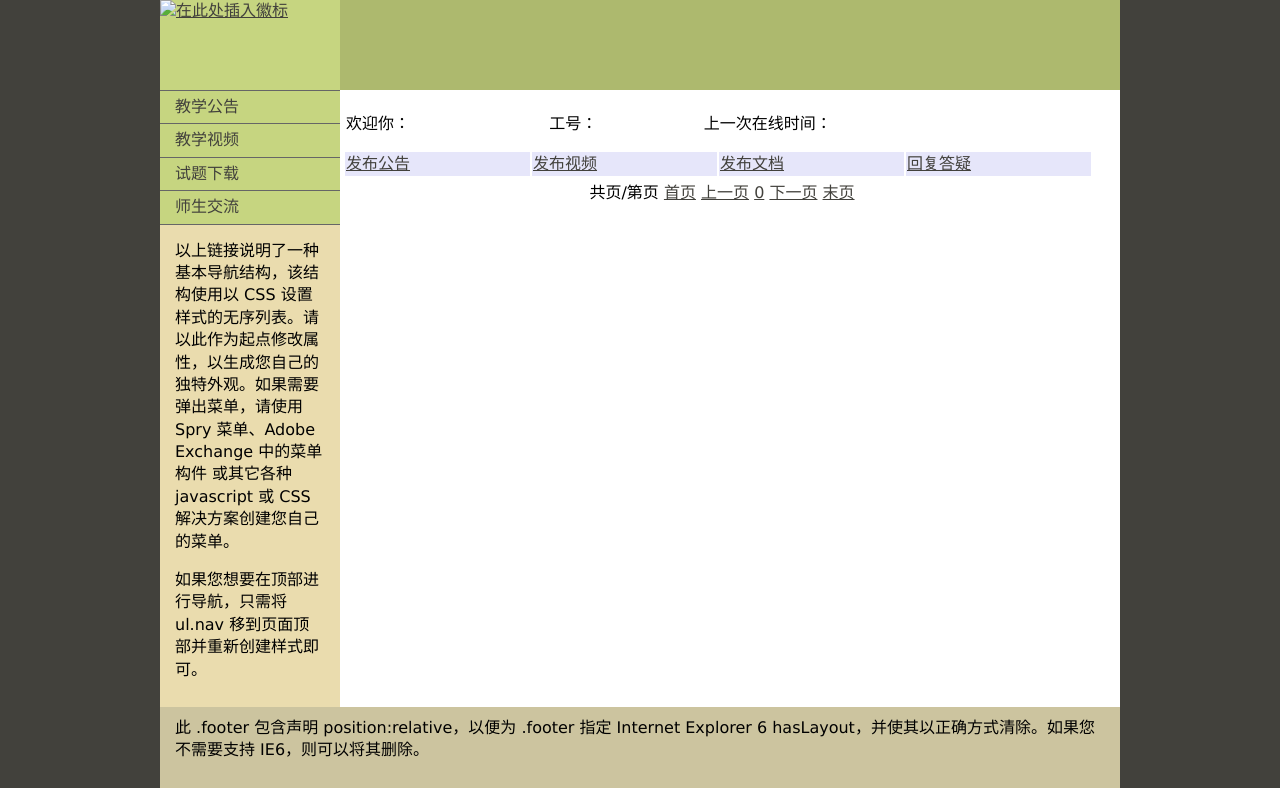
Repository: wxbuditou/Java-
Page: http://localhost/Project/Teacher/teacher_document.jsp
These files come from the project's save history. The page is drawn as it stood at one moment and after the next save; the edit follows.
The browser window is 1280 px wide. The pictures show the whole page.
The page is served by Tomcat 9. Other server files are loaded and not shown. The template is opened directly, without the code that normally fills it, so the values that code supplies are empty.

Above is the page before, as saved 2019-06-23 15:03:22.

### Project/WebContent/Teacher/teacher_document.jsp
<%@ page language="java" contentType="text/html; charset=UTF-8"
    pageEncoding="UTF-8"%>
<!DOCTYPE html PUBLIC "-//W3C//DTD HTML 4.01 Transitional//EN" "http://www.w3.org/TR/html4/loose.dtd">
<%@ taglib prefix="c" uri="http://java.sun.com/jsp/jstl/core"%>
<html>
<head>
<meta http-equiv="Content-Type" content="text/html; charset=UTF-8">
<title>Insert title here</title>
<script type="text/javascript" src="${pageContext.request.contextPath }/js/jquery-3.3.1.min.js"></script>
<script type="text/javascript" charset="utf-8" src="${pageContext.request.contextPath }/utf8-jsp/ueditor.config.js"></script>
    <script type="text/javascript" charset="utf-8" src="${pageContext.request.contextPath }/utf8-jsp/ueditor.all.min.js"> </script>
    <!--建议手动加在语言，避免在ie下有时因为加载语言失败导致编辑器加载失败-->
    <!--这里加载的语言文件会覆盖你在配置项目里添加的语言类型，比如你在配置项目里配置的是英文，这里加载的中文，那最后就是中文-->
    <script type="text/javascript" charset="utf-8" src="${pageContext.request.contextPath }/utf8-jsp/lang/zh-cn/zh-cn.js"></script>


<style type="text/css">


body {
	font: 100%/1.4 Verdana, Arial, Helvetica, sans-serif;
	background-color: #42413C;
	margin: 0;
	padding: 0;
	color: #000;
}

/* ~~ 元素/标签选择器 ~~ */
ul, ol, dl { /* 由于浏览器之间的差异，最佳做法是在列表中将填充和边距都设置为零。为了保持一致，您可以在此处指定需要的数值，也可以在列表所包含的列表项（LI、DT 和 DD）中指定需要的数值。请注意，除非编写一个更为具体的选择器，否则您在此处进行的设置将会层叠到 .nav 列表。 */
	padding: 0;
	margin: 0;
}
h1, h2, h3, h4, h5, h6, p {
	margin-top: 0;	 /* 删除上边距可以解决边距会超出其包含的 div 的问题。剩余的下边距可以使 div 与后面的任何元素保持一定距离。 */
	padding-right: 15px;
	padding-left: 15px; /* 向 div 内的元素侧边（而不是 div 自身）添加填充可避免使用任何方框模型数学。此外，也可将具有侧边填充的嵌套 div 用作替代方法。 */
}
a img { /* 此选择器将删除某些浏览器中显示在图像周围的默认蓝色边框（当该图像包含在链接中时） */
	border: none;
}

/* ~~ 站点链接的样式必须保持此顺序，包括用于创建悬停效果的选择器组在内。 ~~ */
a:link {
	color: #42413C;
	text-decoration: underline; /* 除非将链接设置成极为独特的外观样式，否则最好提供下划线，以便可从视觉上快速识别 */
}
a:visited {
	color: #6E6C64;
	text-decoration: underline;
}
a:hover, a:active, a:focus { /* 此组选择器将为键盘导航者提供与鼠标使用者相同的悬停体验。 */
	text-decoration: none;
}

/* ~~ 此固定宽度容器包含其它 div ~~ */
.container {
	width: 960px;
	background-color: #FFF;
	margin: 0 auto; /* 侧边的自动值与宽度结合使用，可以将布局居中对齐 */
}

/* ~~ 标题未指定宽度。它将扩展到布局的完整宽度。标题包含一个图像占位符，该占位符应替换为您自己的链接徽标 ~~ */
.header {
	background-color: #ADB96E;
}

/* ~~ 以下是此布局的列。 ~~

1) 填充只会放置于 div 的顶部和/或底部。此 div 中的元素侧边会有填充。这样，您可以避免使用任何"方框模型数学"。请注意，如果向 div 自身添加任何侧边填充或边框，这些侧边填充或边框将与您定义的宽度相加，得出 *总计* 宽度。您也可以选择删除 div 中的元素的填充，并在该元素中另外放置一个没有任何宽度但具有设计所需填充的 div。

2) 由于这些列均为浮动列，因此未对其指定边距。如果必须添加边距，请避免在浮动方向一侧放置边距（例如：div 中的右边距设置为向右浮动）。在很多情况下，都可以改用填充。对于必须打破此规则的 div，应向该 div 的规则中添加“display:inline”声明，以控制某些版本的 Internet Explorer 会使边距翻倍的错误。

3) 由于可以在一个文档中多次使用类（并且一个元素可以应用多个类），因此已向这些列分配类名，而不是 ID。例如，必要时可堆叠两个侧栏 div。您可以根据个人偏好将这些名称轻松地改为 ID，前提是仅对每个文档使用一次。

4) 如果您更喜欢在右侧（而不是左侧）进行导航，只需使这些列向相反方向浮动（全部向右，而非全部向左），它们将按相反顺序显示。您无需在 HTML 源文件中移动 div。

*/
.sidebar1 {
	float: left;
	width: 180px;
	background-color: #EADCAE;
	padding-bottom: 10px;
}
.content {

	padding: 10px 0;
	width: 780px;
	float: left;
}

/* ~~ 此分组的选择器为 .content 区域中的列表提供了空间 ~~ */
.content ul, .content ol {
	padding: 0 15px 15px 40px; /* 此填充反映上述标题和段落规则中的右填充。填充放置于下方可用于间隔列表中其它元素，置于左侧可用于创建缩进。您可以根据需要进行调整。 */
}

/* ~~ 导航列表样式（如果选择使用预先创建的 Spry 等弹出菜单，则可以删除此样式） ~~ */
ul.nav {
	list-style: none; /* 这将删除列表标记 */
	border-top: 1px solid #666; /* 这将为链接创建上边框 – 使用下边框将所有其它项放置在 LI 中 */
	margin-bottom: 15px; /* 这将在下面内容的导航之间创建间距 */
}
ul.nav li {
	border-bottom: 1px solid #666; /* 这将创建按钮间隔 */
}
ul.nav a, ul.nav a:visited { /* 对这些选择器进行分组可确保链接即使在访问之后也能保持其按钮外观 */
	padding: 5px 5px 5px 15px;
	display: block; /* 这将为链接赋予块属性，使其填满包含它的整个 LI。这样，整个区域都可以响应鼠标单击操作。 */
	width: 160px;  /*此宽度使整个按钮在 IE6 中可单击。如果您不需要支持 IE6，可以删除它。请用侧栏容器的宽度减去此链接的填充来计算正确的宽度。 */
	text-decoration: none;
	background-color: #C6D580;
}
ul.nav a:hover, ul.nav a:active, ul.nav a:focus { /* 这将更改鼠标和键盘导航的背景和文本颜色 */
	background-color: #ADB96E;
	color: #FFF;
}

/* ~~ 脚注 ~~ */
.footer {
	padding: 10px 0;
	background-color: #CCC49F;
	position: relative;/* 这可以使 IE6 hasLayout 以正确方式进行清除 */
	clear: both; /* 此清除属性强制 .container 了解列的结束位置以及包含列的位置 */
}

/* ~~ 其它浮动/清除类 ~~ */
.fltrt {  /* 此类可用于在页面中使元素向右浮动。浮动元素必须位于其在页面上的相邻元素之前。 */
	float: right;
	margin-left: 8px;
}
.fltlft { /* 此类可用于在页面中使元素向左浮动。浮动元素必须位于其在页面上的相邻元素之前。 */
	float: left;
	margin-right: 8px;
}
.clearfloat { /* 如果从 #container 中删除或移出了 #footer，则可以将此类放置在 <br /> 或空 div 中，作为 #container 内最后一个浮动 div 之后的最终元素 */
	clear:both;
	height:0;
	font-size: 1px;
	line-height: 0px;
}
-->
</style>
</head>
<body>

<div class="container">
  <div class="header"><a href="#"><img src="" alt="在此处插入徽标" name="Insert_logo" width="180" height="90" id="Insert_logo" style="background-color: #C6D580; display:block;" /></a>
    <!-- end .header --></div>
  <div class="sidebar1">
    <ul class="nav">
      <li><a href="TeacherServlet?method=scan_news&num=1">教学公告</a></li>
      <li><a href="TeacherServlet?method=scan_video&num=1">教学视频</a></li>
      <li><a href="TeacherServlet?method=scan_document&num=1">试题下载</a></li>
      <li><a href="#">师生交流</a></li>
    </ul>
    <p> 以上链接说明了一种基本导航结构，该结构使用以 CSS 设置样式的无序列表。请以此作为起点修改属性，以生成您自己的独特外观。如果需要弹出菜单，请使用 Spry 菜单、Adobe Exchange 中的菜单构件 或其它各种 javascript 或 CSS 解决方案创建您自己的菜单。</p>
    <p>如果您想要在顶部进行导航，只需将 ul.nav 移到页面顶部并重新创建样式即可。</p>
    <!-- end .sidebar1 --></div>
  <div class="content">
    <table width="764" border="0">
       <tr>
        <td width="758" height="42"><div class="userinfo">
          <table width="758" border="0">
            <tr>
              <td height="37">欢迎你：${sessionScope.teacher.teacher_username }</td>
              <td>工号：${sessionScope.teacher.teacher_number }</td>
              <td>上一次在线时间：${sessionScope.teacher.teacher_onlinetime}</td>
            </tr>
          </table>
        </div>
        </td>
      </tr>

     <tr>
     <td>
    <div class="document_num">
    <table width="750" border="0">
    <tr bgcolor="#E6E6FA">
      <td><a href="teacher_publish_news.jsp">发布公告</a></td>
      <td><a href="teacher_publish_video.jsp">发布视频</a></td>
      <td><a href="teacher_publish_document.jsp">发布文档</a></td>
      <td><a href="#">回复答疑</a></td>
   </tr>
   </table>
   </div>
   </td>

   <tr>
     <td>
    <div class="document_num">
    <table width="750" border="0">
    <tr>
    <c:forEach items="${page.list}" var="document" varStatus="idStatus">
     <tr>
      <td>${idStatus.count}</td>
      <td><a href="${pageContext.request.contextPath }/Teacher/TeacherServlet?method=download_document&document_id=${document.document_id}">${document.document_name}</a></td>
      <c:if test="${document.document_character==0 }">
      <td>[老师]${document.document_uploaduser}</td>
      </c:if>
      <c:if test="${document.document_character==1 }">
      <td>[管理员]${document.document_uploaduser}</td>
      </c:if>
      <td>${document.document_uploadtime}</td>
      <td>点击量:${document.document_downloadnum}</td>
    </tr>
    </c:forEach>
   </tr>
  </table>
  </div>
  <span style="text-align:center;display:block;" >
  <!-- 发送到分页servlet，将返回video类信息存储到list中，传递到前台 -->
  共${page.totalPageNum}页/第${page.currentPageNum }页
  <a href="${pageContext.request.contextPath }/${page.url}&num=1">首页</a>
  <a href="${pageContext.request.contextPath }/${page.url}&num=${page.prevPageNum}">上一页</a>


  <c:forEach begin="${page.startPage }" end="${page.endPage }" var = "i">
<a href="${pageContext.request.contextPath }/${page.url}&num=${i}">${i}</a>
</c:forEach>

<a href="${pageContext.request.contextPath }/${page.url}&num=${page.nextPageNum}">下一页</a>
<a href="${pageContext.request.contextPath }/${page.url}&num=${page.endPage}">末页</a>
  </span>
     </td>
     </tr>
    </table>
  </div>
  <div class="footer">
    <p>此 .footer 包含声明 position:relative，以便为 .footer 指定 Internet Explorer 6 hasLayout，并使其以正确方式清除。如果您不需要支持 IE6，则可以将其删除。</p>
  <!-- end .footer --></div>
  <!-- end .container --></div>
</body>
</html>

Loaded but not shown: Project/WebContent/js/jquery-3.3.1.min.js (library); Project/WebContent/utf8-jsp/ueditor.config.js (common file); Project/WebContent/utf8-jsp/ueditor.all.min.js (library); Project/WebContent/utf8-jsp/lang/zh-cn/zh-cn.js (669 lines, source omitted)

After the next save:
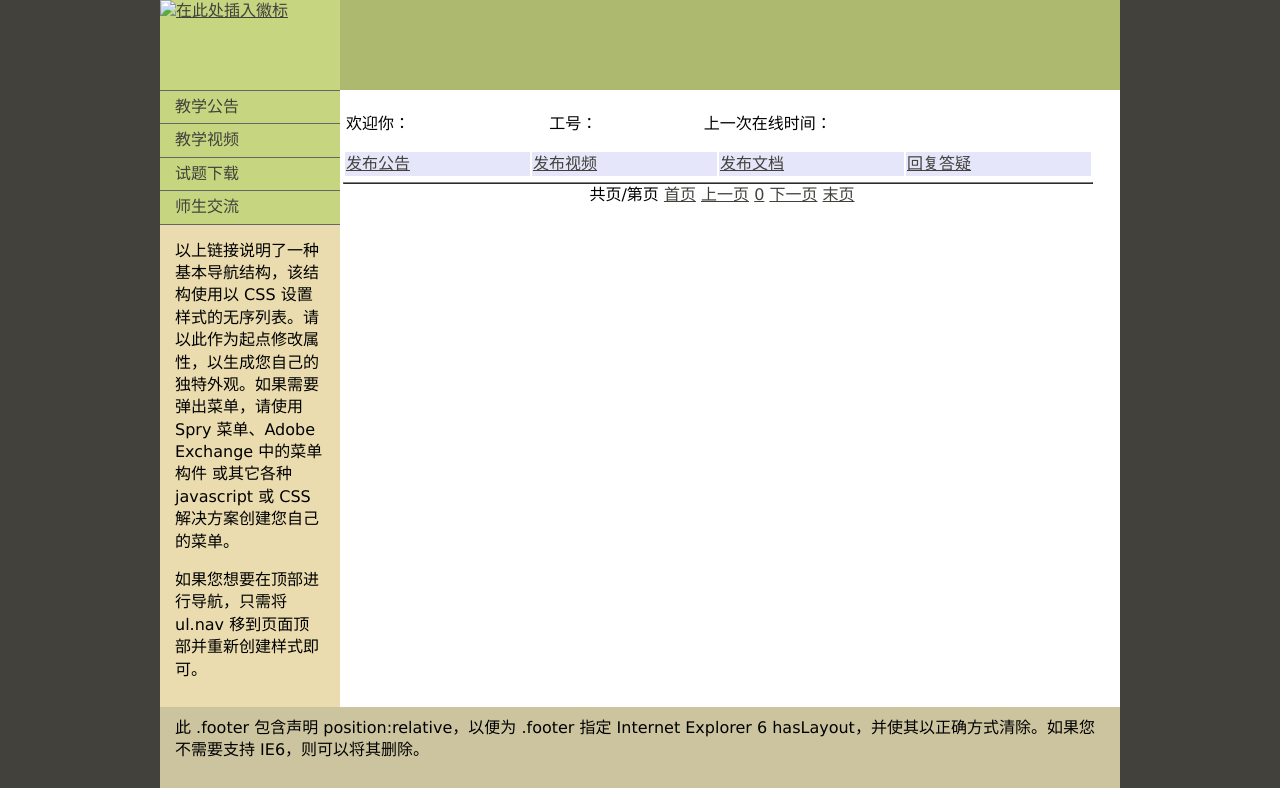
Saved 51 s later.
--- a/Project/WebContent/Teacher/teacher_document.jsp
+++ b/Project/WebContent/Teacher/teacher_document.jsp
@@ -187,7 +187,7 @@ ul.nav a:hover, ul.nav a:active, ul.nav a:focus { /* 这将更改鼠标和键盘
    <tr>
      <td>
     <div class="document_num">
-    <table width="750" border="0">
+    <table width="750" border="1">
     <tr>
     <c:forEach items="${page.list}" var="document" varStatus="idStatus">
      <tr>
